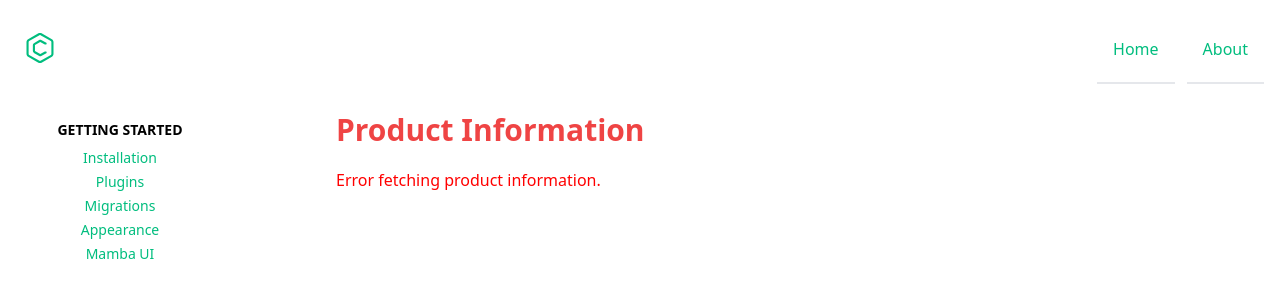
Repository: loktioncode/vectra-shop
Page: /
An editor plug-in stored every save of this project. The page is shown before and after the next save, followed by the edit.
The browser window is 1280 px wide. The pictures show the whole page.
The page's requests for data from a server got no answer. The project was rebuilt for these pictures with package versions that can differ from the ones it lists, and the page was loaded fresh each time. No one was signed in, and anything a server would have sent is missing. Also part of the build but not shown: vite.config.ts, src/components/ProductCard.vue. Imported but missing from the stored project, and not drawn on this page: src/components/Counter.vue.

Above is the page before, as saved 2023-09-20 15:52:28.

After the next save:
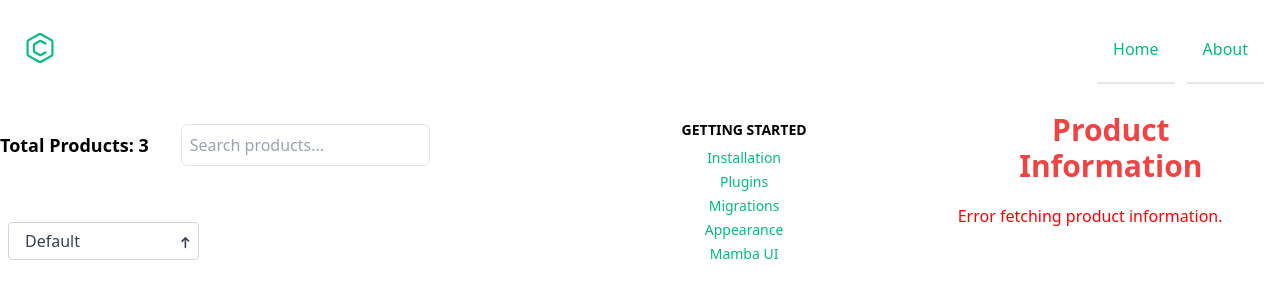
Saved 19 s later.
--- a/src/views/HomeView.vue
+++ b/src/views/HomeView.vue
@@ -3,6 +3,7 @@
 
 <template>
   <div class="flex">
+    <Filters />
     <!-- Left Sidebar for Filters -->
     <div class="w-1/4 ">
       <aside class="w-full p-6 sm:w-60 dark:bg-gray-900 dark:text-gray-100">
